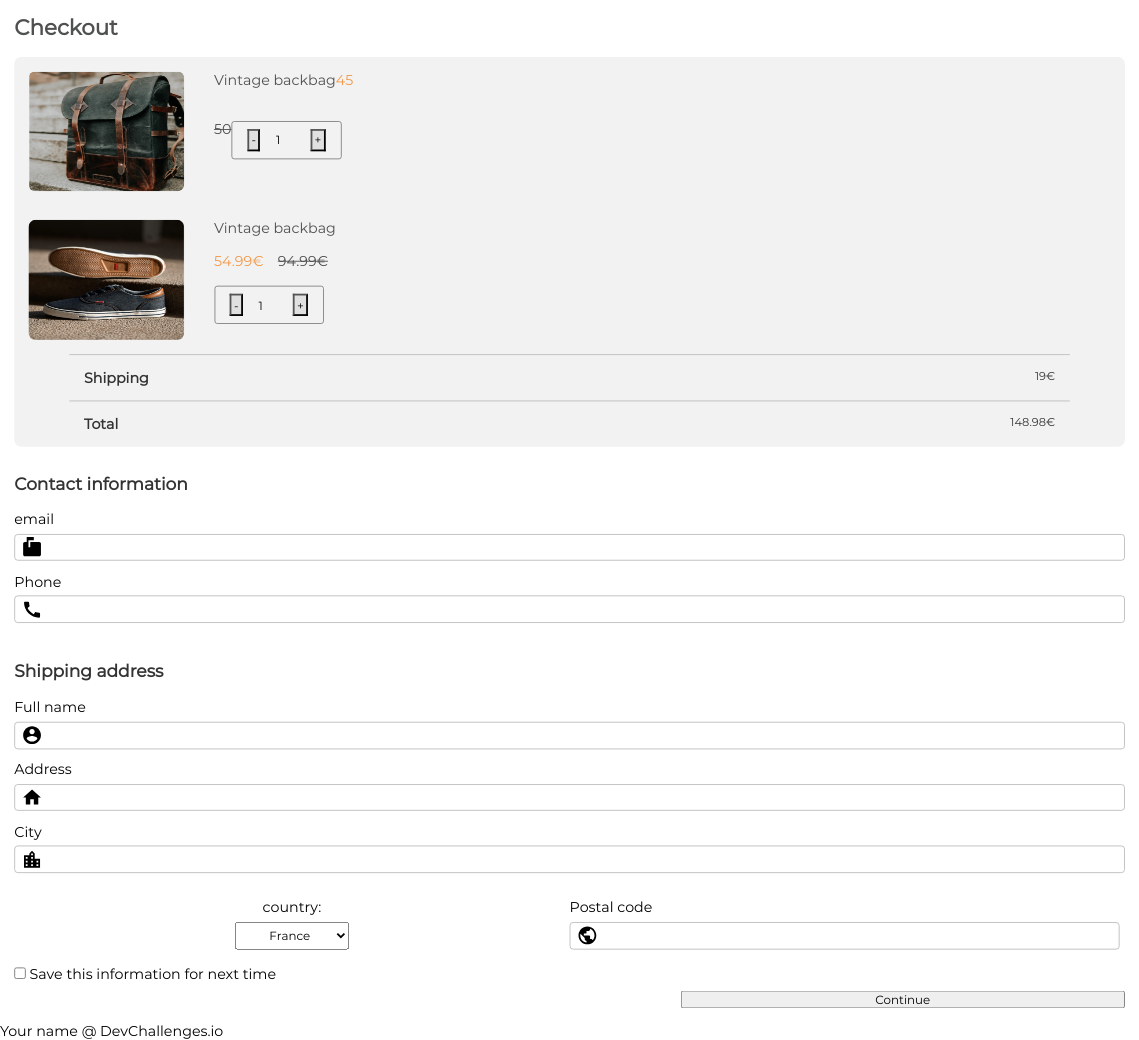
Repository: dubar-jeremy/checkout-page-master
Page: index.html
These files come from the project's save history. The page is drawn as it stood at one moment and after the next save; the edit follows.
The browser window is 1280 px wide. The pictures show the whole page, at 89% of full size.
The style sheet was rebuilt from its Sass, Less or Tailwind sources for each picture, by a compiler version that may differ from the author's.

Above is the page before, as saved 2021-01-31 02:23:52.

After the next save:
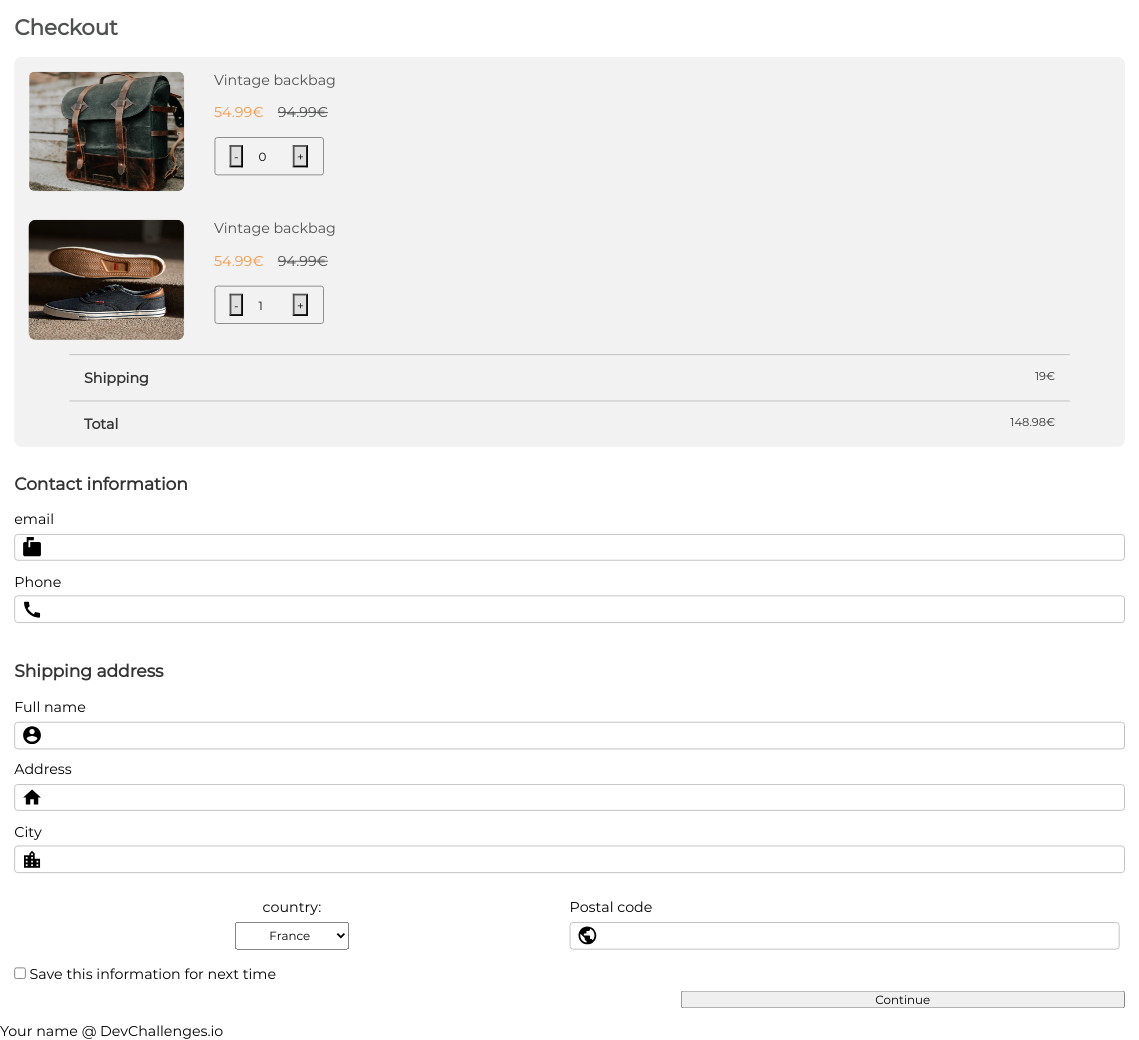
Console error: SyntaxError: Unexpected token '=>'
Saved 8 h 11 min later.
--- a/js/form.js
+++ b/js/form.js
@@ -2,6 +2,10 @@
 
   const plus = document.querySelector(".plus").addEventListener("click", increase);
   const minus = document.querySelector(".minus").addEventListener("click", decrease);
+
+  const test = document.querySelector(".plus").addEventListener("click", function() => {
+
+  });
 
   let i = 0;
   let initialPrice = 50;
@@ -13,10 +17,10 @@
       let items = document.querySelector(".nbr-value").value = i;
       let qty = parseInt(items);
       let newPrice = initialPrice * qty;
-      let priceBeforeDiscount = newPrice; // obligé de re assigner ici plutot qu'à la ligne 16 sinon erreur ??
+      let priceBeforeDiscount = newPrice; // impossible de renommer newPrice ligne15. Obligé de re assigner ici. Pourquoi ?
       document.querySelector(".old-price").innerHTML = priceBeforeDiscount;
       newPrice -= newPrice * 10 / 100;
-      let priceAfterDiscount = newPrice; // meme chose ici ??
+      let priceAfterDiscount = newPrice; // meme chose ici pour ligne 18
       document.querySelector(".new-price").innerHTML = priceAfterDiscount;
       return priceAfterDiscount;
   }

After the 4 saves that followed:
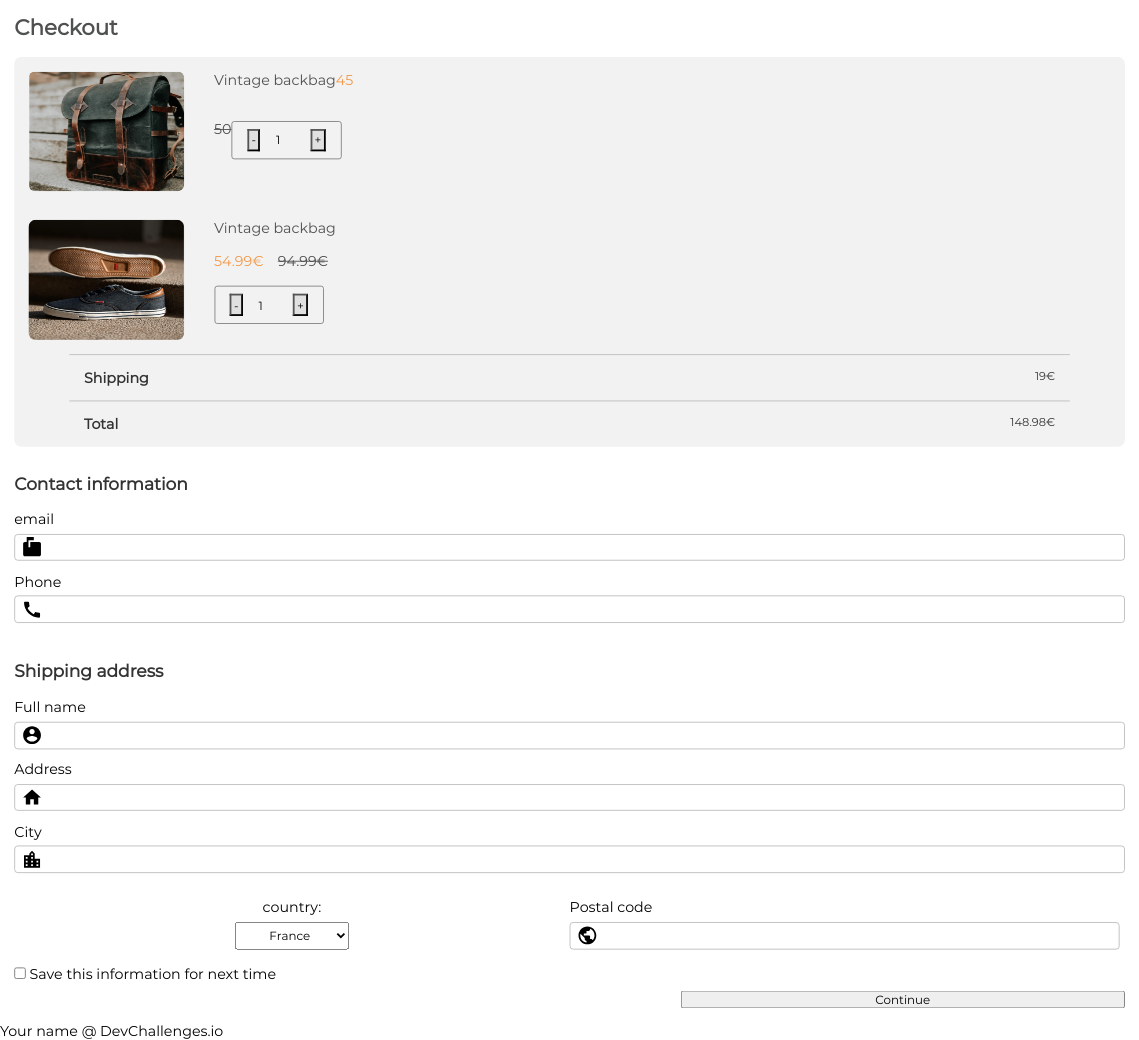
The error is gone.
The 4 saves are shown as one change because 2 left the picture as it was and some came seconds apart.
The last was saved 4 min 34 s later.
--- a/js/form.js
+++ b/js/form.js
@@ -2,10 +2,6 @@
 
   const plus = document.querySelector(".plus").addEventListener("click", increase);
   const minus = document.querySelector(".minus").addEventListener("click", decrease);
-
-  const test = document.querySelector(".plus").addEventListener("click", function() => {
-
-  });
 
   let i = 0;
   let initialPrice = 50;
